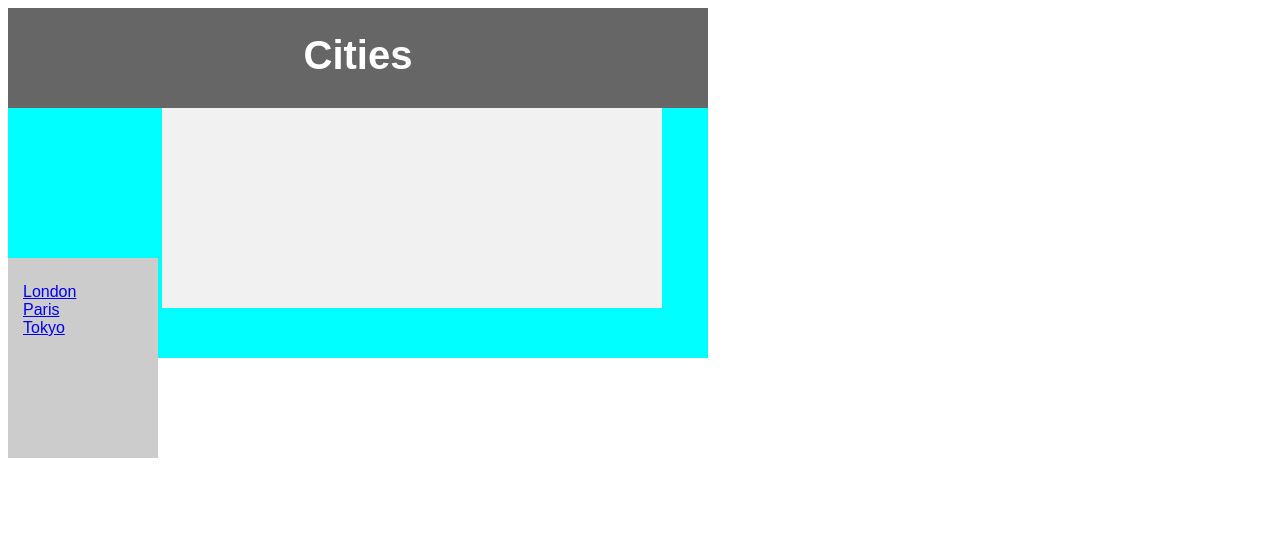
Repository: LongNguyen2504/T3H-FrondEnd
Page: Lesson3_CSS_HomeWork1.html
The author's editor kept a copy of each file at every save. The page is drawn from the files as they stood at one save, then again after the next save.
The browser window is 1280 px wide. The pictures show the whole page.

Above is the page before, as saved 2021-12-01 17:53:16.

After the next save:
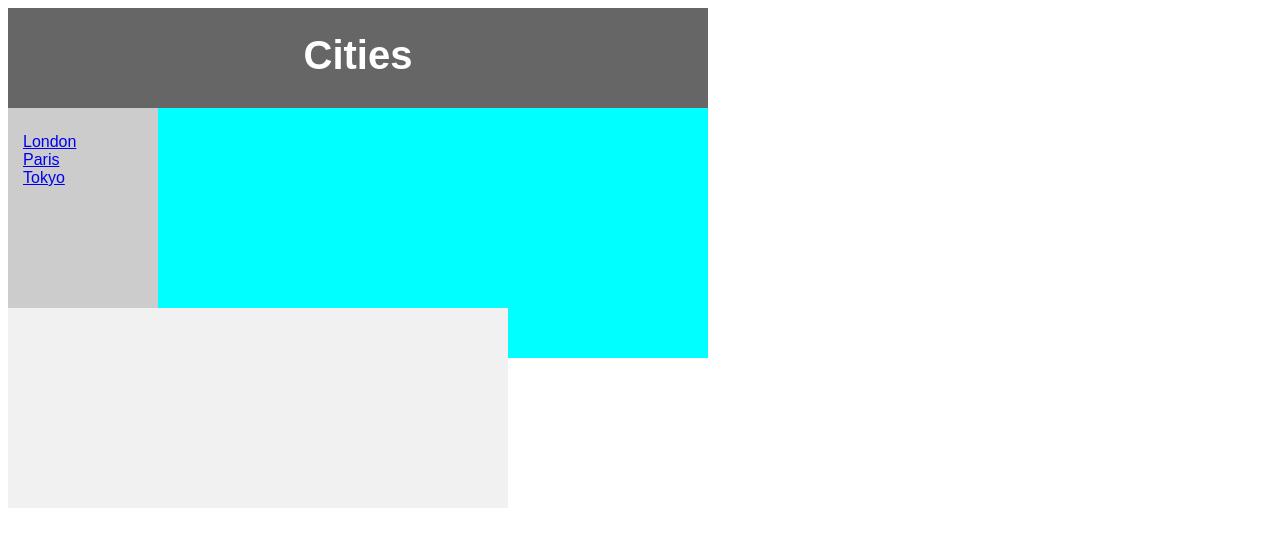
Saved 45 s later.
--- a/Lesson3_CSS_HomeWork1.css
+++ b/Lesson3_CSS_HomeWork1.css
@@ -23,7 +23,7 @@
     width: 150px;
     height: 200px;
     background-color: #cccccc;
-    display: inline-block;
+    /* display: inline-block; */
 }
 li.first-list{
     position: relative;

After the 2 saves that followed:
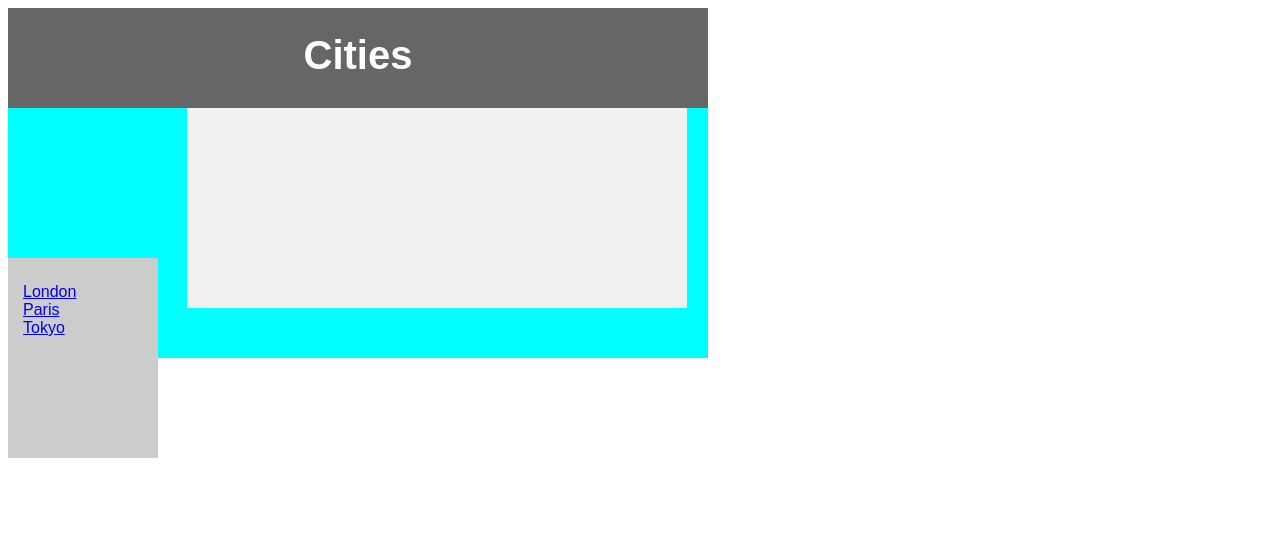
The 2 saves are shown as one change because 1 left the picture as it was.
The last was saved 81 s later.
--- a/Lesson3_CSS_HomeWork1.css
+++ b/Lesson3_CSS_HomeWork1.css
@@ -23,7 +23,7 @@
     width: 150px;
     height: 200px;
     background-color: #cccccc;
-    /* display: inline-block; */
+    display: inline-block;
 }
 li.first-list{
     position: relative;
@@ -33,6 +33,7 @@
 }
 div.right-column{
     display: inline-block;
+    margin-left: 25px ;
     background-color: #f1f1f1 ;
     width: 500px;
     height: 200px;
